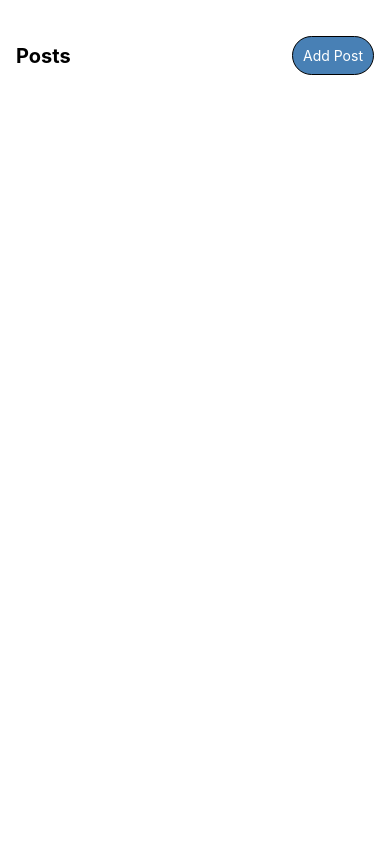
Repository: ntu34543/React-Native
Screen: / (app in demo/)
These files come from the project's save history. The screen is drawn as it stood at one moment and after the next save; the edit follows.
The page's requests for data from a server got no answer. The app was drawn by React Native's web renderer in a window 390 px wide. The project was rebuilt for these pictures with package versions that can differ from the ones it lists, and the page was loaded fresh each time. No one was signed in, and anything a server would have sent is missing. Also part of the build but not shown: demo/src/components/PostCardItem.js.

Above is the screen before, as saved 2022-09-13 15:03:26.

After the next save:
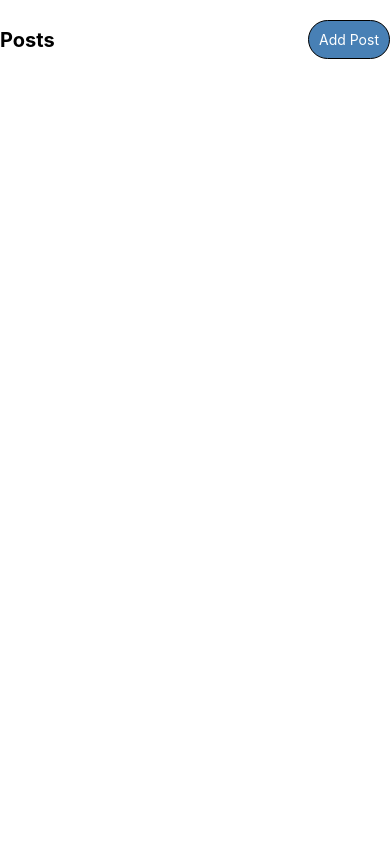
Saved 27 s later.
--- a/demo/App.js
+++ b/demo/App.js
@@ -178,7 +178,7 @@
     flex: 1,
     backgroundColor: "#fff",
     justifyContent: "center",
-    margin: 16,
+    // margin: 16,
   },
   title: {
     fontSize: 20,

After the save that followed:
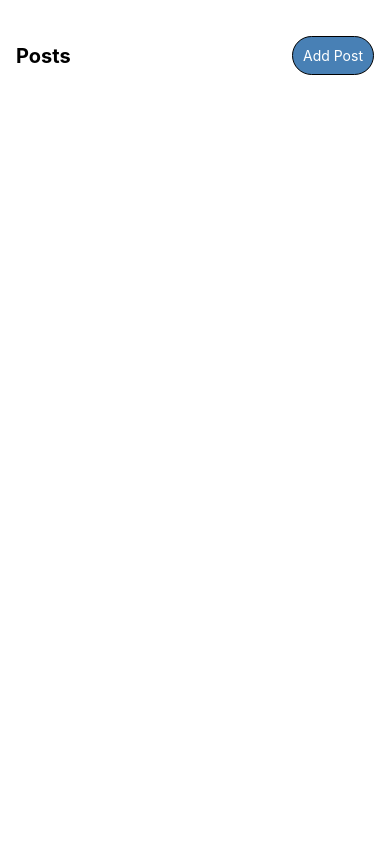
Saved 6 s later.
--- a/demo/App.js
+++ b/demo/App.js
@@ -178,7 +178,7 @@
     flex: 1,
     backgroundColor: "#fff",
     justifyContent: "center",
-    // margin: 16,
+    margin: 16,
   },
   title: {
     fontSize: 20,
